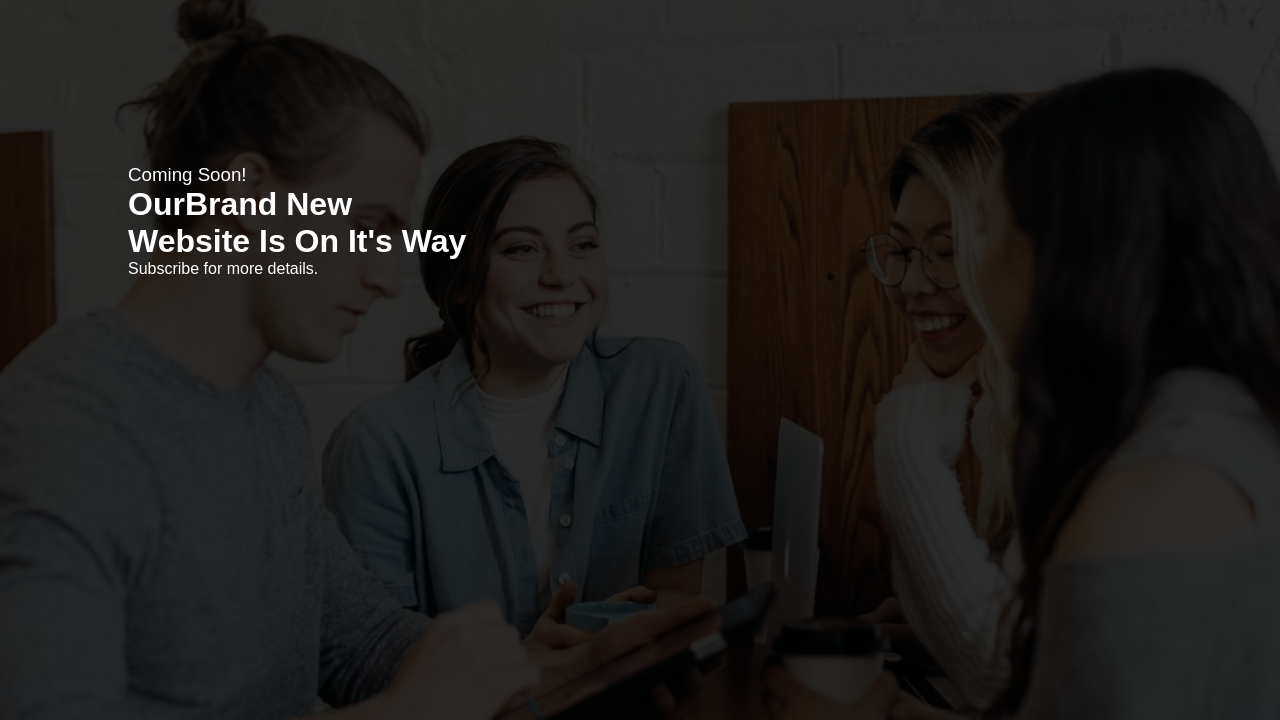
Repository: AbdullahOwais-Dev/Email-Subscription
Page: index.html
An editor plug-in stored every save of this project. The page is shown before and after the next save, followed by the edit.
The browser window is 1280 px wide. The pictures show the whole page.

Above is the page before, as saved 2025-02-07 23:35:38.

After the next save:
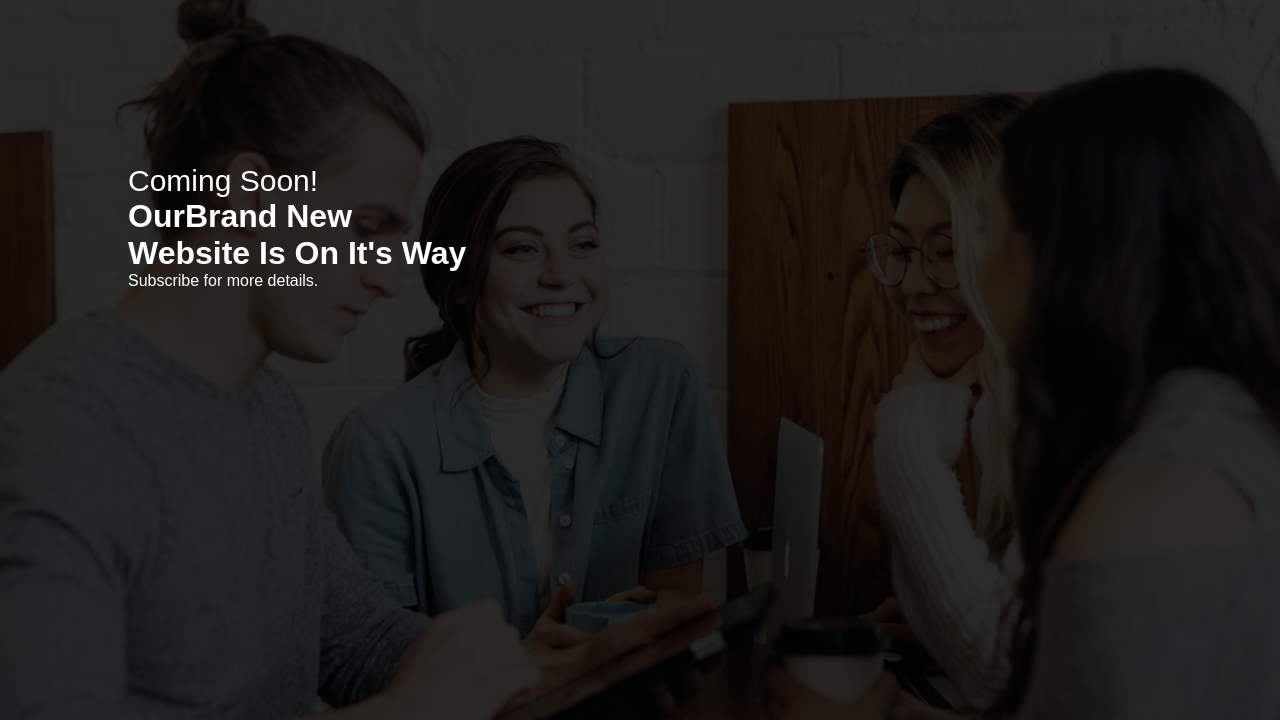
Saved 4 s later.
--- a/style.css
+++ b/style.css
@@ -16,5 +16,5 @@
 .hero h3{
     margin-top: 15%;
     font-weight: 400;
-    fos: 30px;
+    font-size: 30px;
 }
